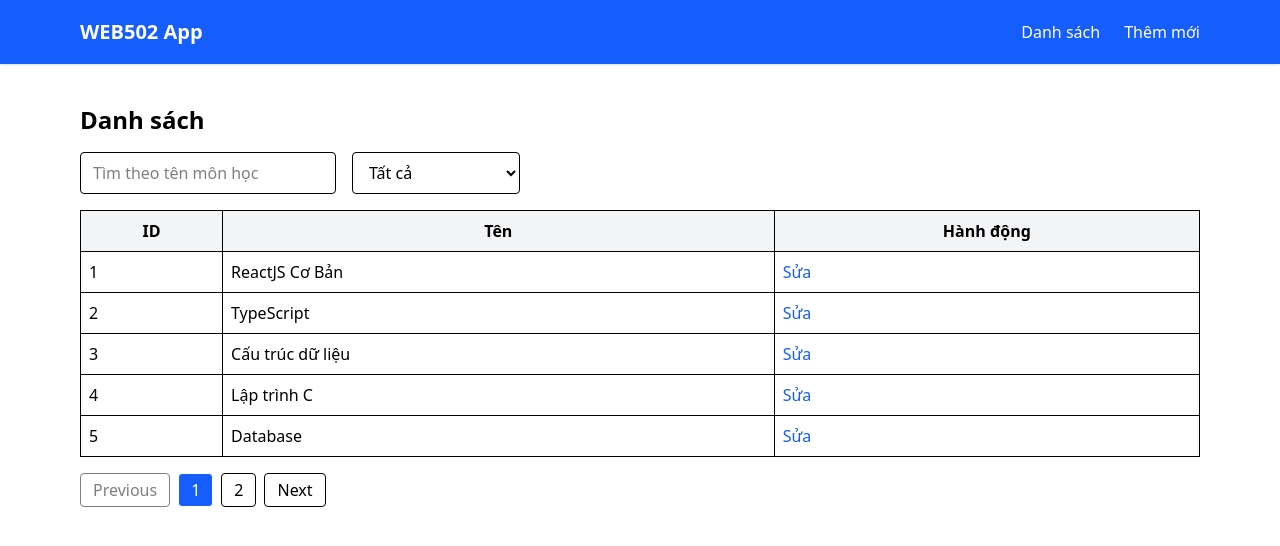
Repository: DODUCHUY195/Lap_Trinh_TypeScript
Page: /
The author's editor kept a copy of each file at every save. The page is drawn from the files as they stood at one save, then again after the next save.
The browser window is 1280 px wide. The pictures show the whole page.
The page's requests for data from a server got no answer. The project was rebuilt for these pictures with package versions that can differ from the ones it lists, and the page was loaded fresh each time. No one was signed in, and anything a server would have sent is missing. Requests to the local data server were answered from the project's data file. Also part of the build but not shown: vite.config.ts, src/pages/Add.tsx, src/pages/Edit.tsx.

Above is the page before, as saved 2026-01-19 11:54:10.

### src/App.tsx
import { Toaster } from "react-hot-toast";
import { Link, Routes, Route } from "react-router-dom";

import List from "./pages/List";
import Add from "./pages/Add";
import Edit from "./pages/Edit";



function App() {


  return (
    <>
      {/* NAVBAR */}

      <nav className="bg-blue-600 text-white shadow">
        <div className="max-w-6xl mx-auto px-4 h-16 flex items-center justify-between">
          <Link to="/" className="text-xl font-semibold">
            <strong>WEB502 App</strong>
          </Link>

          <div className="flex items-center space-x-6">
            <Link to="/" className="hover:text-gray-200">
              Danh sách
            </Link>
            <Link to="/add" className="hover:text-gray-200">
              Thêm mới
            </Link>
          </div>
        </div>
      </nav>

      <div className="max-w-6xl mx-auto mt-10 px-4">
        <Routes>
          <Route path="/" element={<List />} />
          <Route path="/add" element={<Add />} />
          <Route path="/edit/:id" element={<Edit />} />
        </Routes>
      </div>

      <Toaster />
    </>
  );
}

export default App;

### src/pages/List.tsx
import { useEffect, useState } from "react";
import { Link } from "react-router-dom";
import type { Subject } from "../types/Subject";

const List = () => {
  const [subjects, setSubjects] = useState<Subject[]>([]);
  const [searchTerm, setSearchTerm] = useState<string>("");
  const [teacherFilter, setTeacherFilter] = useState<string>("Tất cả");
  const [currentPage, setCurrentPage] = useState<number>(1);
  const itemsPerPage = 5;
  const teachers = ["Tất cả", ...Array.from(new Set(subjects.map((s) => s.teacher)))];

  useEffect(() => {
    const getAll = async () => {
      try {
        const response = await fetch("http://localhost:3000/subject");
        const data: Subject[] = await response.json();
        setSubjects(data);
      } catch (error) {
        console.error("Error fetching subjects:", error);
      }
    };
    getAll();
  }, []);

  useEffect(() => {
    setCurrentPage(1);
  }, [searchTerm, teacherFilter]);

  const term = searchTerm.trim().toLowerCase();
  const filtered = subjects.filter(
    (s) =>
      (!term || s.name.toLowerCase().includes(term)) &&
      (teacherFilter === "Tất cả" || s.teacher === teacherFilter)
  );

  const totalPages = Math.max(1, Math.ceil(filtered.length / itemsPerPage));
  const page = Math.min(currentPage, totalPages);
  const start = (page - 1) * itemsPerPage;
  const pageItems = filtered.slice(start, start + itemsPerPage);
  const pages = Array.from({ length: totalPages }, (_, i) => i + 1);

  return (
    <div>
      <h1 className="text-2xl font-bold mb-4">Danh sách</h1>

      <div className="flex items-center gap-4 mb-4">
        <input
          value={searchTerm}
          onChange={(e) => setSearchTerm(e.target.value)}
          placeholder="Tìm theo tên môn học"
          className="border rounded px-3 py-2 w-64"
        />
        <select
          value={teacherFilter}
          onChange={(e) => setTeacherFilter(e.target.value)}
          className="border rounded px-3 py-2"
        >
          {teachers.map((t) => (
            <option key={t} value={t}>
              {t}
            </option>
          ))}
        </select>
      </div>

      <table className="w-full border">
        <thead>
          <tr className="bg-gray-100">
            <th className="border p-2">ID</th>
            <th className="border p-2">Tên</th>
            <th className="border p-2">Hành động</th>
          </tr>
        </thead>
        <tbody>
          {pageItems.length === 0 ? (
            <tr>
              <td className="border p-2 text-center" colSpan={3}>
                Không có dữ liệu phù hợp
              </td>
            </tr>
          ) : (
            pageItems.map((item) => (
              <tr key={item.id}>
                <td className="border p-2">{item.id}</td>
                <td className="border p-2">{item.name}</td>
                <td className="border p-2">
                  <Link to={`/edit/${item.id}`} className="text-blue-600 hover:underline">
                    Sửa
                  </Link>
                </td>
              </tr>
            ))
          )}
        </tbody>
      </table>

      <div className="flex items-center gap-2 mt-4">
        <button
          className="px-3 py-1 border rounded disabled:opacity-50"
          disabled={page === 1}
          onClick={() => setCurrentPage((p) => Math.max(1, p - 1))}
        >
          Previous
        </button>
        {pages.map((p) => (
          <button
            key={p}
            className={`px-3 py-1 border rounded ${p === page ? "bg-blue-600 text-white" : ""}`}
            onClick={() => setCurrentPage(p)}
          >
            {p}
          </button>
        ))}
        <button
          className="px-3 py-1 border rounded disabled:opacity-50"
          disabled={page === totalPages}
          onClick={() => setCurrentPage((p) => Math.min(totalPages, p + 1))}
        >
          Next
        </button>
      </div>
    </div>
  );
};

export default List;

### db.json
{
    "subject": [
{
    "id": 1,
    "name": "ReactJS Cơ Bản",
    "credit": 3,
    "category": "Chuyên ngành",
    "teacher": "Nguyễn Văn A"
  },
  {
    "id": 2,
    "name": "TypeScript",
    "credit": 2,
    "category": "Chuyên ngành",
    "teacher": "Trần Thị B"
  },
  {
    "id": 3,
    "name": "Cấu trúc dữ liệu",
    "credit": 3,
    "category": "Cơ sở",
    "teacher": "Lê Văn C"
  },
  {
    "id": 4,
    "name": "Lập trình C",
    "credit": 4,
    "category": "Đại cương",
    "teacher": "Phạm Văn D"
  },
  {
    "id": 5,
    "name": "Database",
    "credit": 5,
    "category": "Chuyên ngành",
    "teacher": "Đỗ Đức Huy"
  },
  {
    "id": 6,
    "name": "Lập trình TS",
    "credit": 6,
    "category": "Đại cương",
    "teacher": "Phạm Văn Dong"
  }
    ]
}

Loaded but not shown: index.html (common file); src/main.tsx (common file); src/index.css (common file)

After the next save:
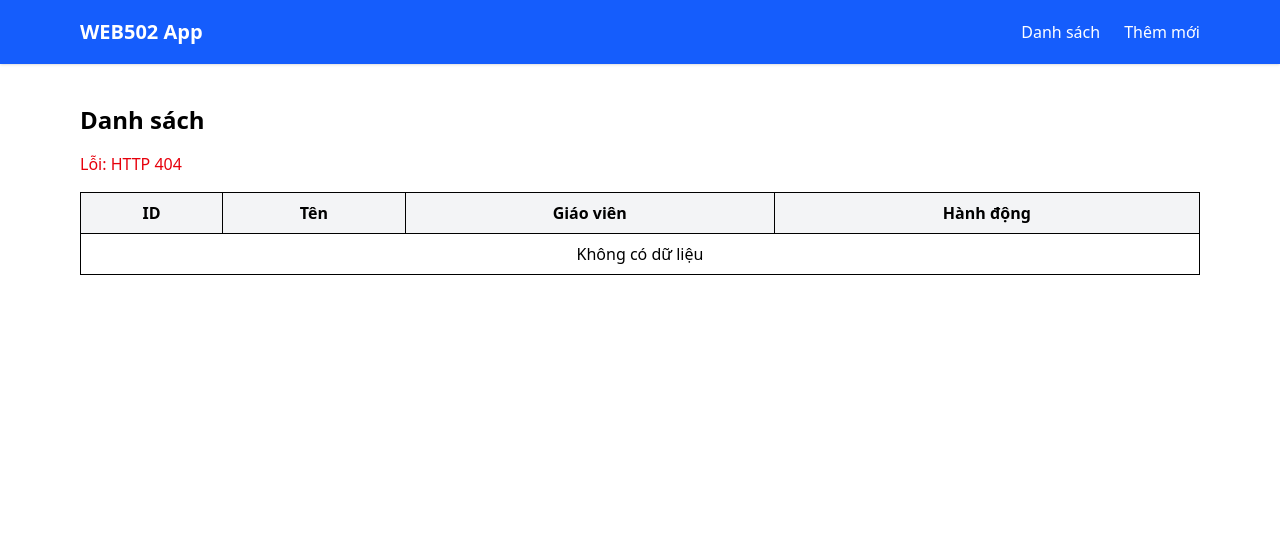
Saved 2 days later.
--- a/src/pages/List.tsx
+++ b/src/pages/List.tsx
@@ -4,86 +4,81 @@ import type { Subject } from "../types/Subject";
 
 const List = () => {
   const [subjects, setSubjects] = useState<Subject[]>([]);
-  const [searchTerm, setSearchTerm] = useState<string>("");
-  const [teacherFilter, setTeacherFilter] = useState<string>("Tất cả");
-  const [currentPage, setCurrentPage] = useState<number>(1);
-  const itemsPerPage = 5;
-  const teachers = ["Tất cả", ...Array.from(new Set(subjects.map((s) => s.teacher)))];
+  const [error, setError] = useState<string | null>(null);
+  const [loading, setLoading] = useState<boolean>(false);
 
   useEffect(() => {
-    const getAll = async () => {
+    const fetchAll = async () => {
       try {
-        const response = await fetch("http://localhost:3000/subject");
-        const data: Subject[] = await response.json();
+        setLoading(true);
+        setError(null);
+        const res = await fetch("http://localhost:4000/api/subjects?page=1&limit=1000");
+        if (!res.ok) throw new Error(`HTTP ${res.status}`);
+        const data: Subject[] = await res.json();
         setSubjects(data);
-      } catch (error) {
-        console.error("Error fetching subjects:", error);
+      } catch (e) {
+        setError((e as Error).message || "Không thể tải danh sách");
+      } finally {
+        setLoading(false);
       }
     };
-    getAll();
+    fetchAll();
   }, []);
 
-  useEffect(() => {
-    setCurrentPage(1);
-  }, [searchTerm, teacherFilter]);
+  // useEffect(() => {
+  //   setCurrentPage(1);
+  // }, [searchTerm, teacherFilter]);
 
-  const term = searchTerm.trim().toLowerCase();
-  const filtered = subjects.filter(
-    (s) =>
-      (!term || s.name.toLowerCase().includes(term)) &&
-      (teacherFilter === "Tất cả" || s.teacher === teacherFilter)
-  );
-
-  const totalPages = Math.max(1, Math.ceil(filtered.length / itemsPerPage));
-  const page = Math.min(currentPage, totalPages);
-  const start = (page - 1) * itemsPerPage;
-  const pageItems = filtered.slice(start, start + itemsPerPage);
-  const pages = Array.from({ length: totalPages }, (_, i) => i + 1);
+  // useEffect(() => {
+  //   const fetchSubjects = async () => {
+  //     try {
+  //       const params = new URLSearchParams();
+  //       if (searchTerm.trim()) params.set("q", searchTerm.trim());
+  //       if (teacherFilter && teacherFilter !== "Tất cả") params.set("teacher", teacherFilter);
+  //       params.set("page", String(currentPage));
+  //       params.set("limit", String(itemsPerPage));
+  //       const url = `http://localhost:4000/api/subjects?${params.toString()}`;
+  //       const res = await fetch(url);
+  //       const data: Subject[] = await res.json();
+  //       const total = Number(res.headers.get("X-Total-Count") || "0");
+  //       setSubjects(data);
+  //       setTotalPages(Math.max(1, Math.ceil(total / itemsPerPage)));
+  //     } catch (error) {
+  //       console.error("Error fetching subjects:", error);
+  //     }
+  //   };
+  //   fetchSubjects();
+  // }, [searchTerm, teacherFilter, currentPage]);
+  // const page = Math.min(currentPage, totalPages);
+  // const pages = Array.from({ length: totalPages }, (_, i) => i + 1);
 
   return (
     <div>
       <h1 className="text-2xl font-bold mb-4">Danh sách</h1>
-
-      <div className="flex items-center gap-4 mb-4">
-        <input
-          value={searchTerm}
-          onChange={(e) => setSearchTerm(e.target.value)}
-          placeholder="Tìm theo tên môn học"
-          className="border rounded px-3 py-2 w-64"
-        />
-        <select
-          value={teacherFilter}
-          onChange={(e) => setTeacherFilter(e.target.value)}
-          className="border rounded px-3 py-2"
-        >
-          {teachers.map((t) => (
-            <option key={t} value={t}>
-              {t}
-            </option>
-          ))}
-        </select>
-      </div>
-
+      {loading && <p className="mb-2 text-gray-600">Đang tải dữ liệu...</p>}
+      {error && <p className="mb-4 text-red-600">Lỗi: {error}</p>}
       <table className="w-full border">
         <thead>
           <tr className="bg-gray-100">
             <th className="border p-2">ID</th>
             <th className="border p-2">Tên</th>
+            <th className="border p-2">Giáo viên</th>
             <th className="border p-2">Hành động</th>
           </tr>
         </thead>
         <tbody>
-          {pageItems.length === 0 ? (
+          {subjects.length === 0 ? (
             <tr>
-              <td className="border p-2 text-center" colSpan={3}>
-                Không có dữ liệu phù hợp
+              <td className="border p-2 text-center" colSpan={4}>
+                Không có dữ liệu
               </td>
             </tr>
           ) : (
-            pageItems.map((item) => (
+            subjects.map((item) => (
               <tr key={item.id}>
                 <td className="border p-2">{item.id}</td>
                 <td className="border p-2">{item.name}</td>
+                <td className="border p-2">{item.teacher}</td>
                 <td className="border p-2">
                   <Link to={`/edit/${item.id}`} className="text-blue-600 hover:underline">
                     Sửa
@@ -94,32 +89,6 @@ const List = () => {
           )}
         </tbody>
       </table>
-
-      <div className="flex items-center gap-2 mt-4">
-        <button
-          className="px-3 py-1 border rounded disabled:opacity-50"
-          disabled={page === 1}
-          onClick={() => setCurrentPage((p) => Math.max(1, p - 1))}
-        >
-          Previous
-        </button>
-        {pages.map((p) => (
-          <button
-            key={p}
-            className={`px-3 py-1 border rounded ${p === page ? "bg-blue-600 text-white" : ""}`}
-            onClick={() => setCurrentPage(p)}
-          >
-            {p}
-          </button>
-        ))}
-        <button
-          className="px-3 py-1 border rounded disabled:opacity-50"
-          disabled={page === totalPages}
-          onClick={() => setCurrentPage((p) => Math.min(totalPages, p + 1))}
-        >
-          Next
-        </button>
-      </div>
     </div>
   );
 };
